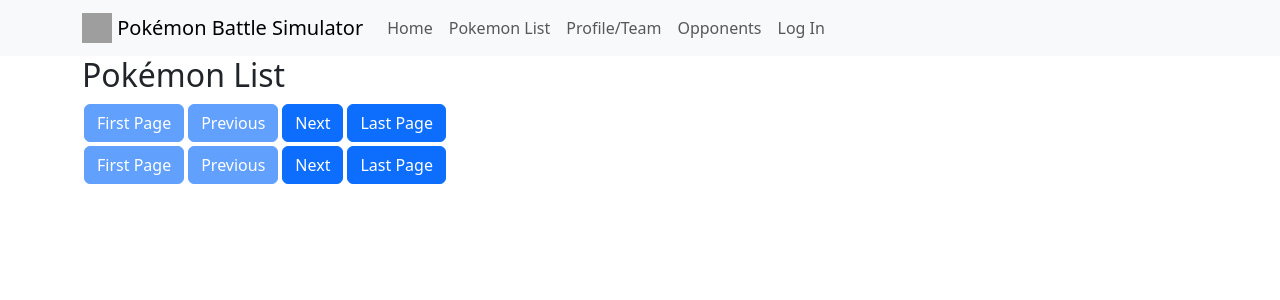
Repository: chsbca/Pokemon-Battle-Simulator
Page: /pokemon_list/ (app in front-end/)
An editor plug-in stored every save of this project. The page is shown before and after the next save, followed by the edit.
The browser window is 1280 px wide. The pictures show the whole page.
Pictures or frames that could not be fetched are drawn as grey boxes. The page's requests for data from a server got no answer. The project was rebuilt for these pictures with package versions that can differ from the ones it lists, and the page was loaded fresh each time. No one was signed in, and anything a server would have sent is missing. Also part of the build but not shown: front-end/vite.config.js, front-end/src/components/ProtectedRoute.jsx, front-end/src/pages/Error404Page.jsx, front-end/src/pages/HomePage.jsx, front-end/src/pages/ProfilePage.jsx, front-end/src/pages/OpponentsPage.jsx, front-end/src/pages/LoginPage.jsx, front-end/src/pages/SignUpPage.jsx and 1 more.

Above is the page before, as saved 2024-04-17 13:00:33.

### front-end/index.html
<!doctype html>
<html lang="en">
  <head>
    <meta charset="UTF-8" />
    <link rel="icon" type="image/svg+xml" href="/vite.svg" />
    <meta name="viewport" content="width=device-width, initial-scale=1.0" />
    <title>Pokemon Battle Simulator!</title>
  </head>
  <body>
    <div id="root"></div>
    <script type="module" src="/src/main.jsx"></script>
  </body>
</html>

### front-end/src/main.jsx
import ReactDOM from "react-dom/client";
import { RouterProvider } from "react-router-dom";
import { UserProvider } from "./components/UserContext"; // Make sure this path is correct
import router from "./router";
import "bootstrap/dist/css/bootstrap.min.css";

ReactDOM.createRoot(document.getElementById('root')).render(
  <UserProvider>
    <RouterProvider router={router}/>
  </UserProvider>
);

### front-end/src/components/UserContext.jsx
import React, { createContext, useContext, useState, useEffect } from 'react';

const UserContext = createContext(null);

export const UserProvider = ({ children }) => {
    const [user, setUser] = useState(() => {
        const savedUser = localStorage.getItem('user');
        console.log('Initializing user from localStorage:', savedUser);
        return savedUser ? JSON.parse(savedUser) : null;
    });

    useEffect(() => {
        console.log('User state updated:', user);
    }, [user]);

    return (
        <UserContext.Provider value={{ user, setUser }}>
            {children}
        </UserContext.Provider>
    );
};

export const useUser = () => useContext(UserContext);

### front-end/src/router.jsx
import { createBrowserRouter } from "react-router-dom";
import ProtectedRoute from "./components/ProtectedRoute.jsx"
import App from "./App.jsx"
import Error404Page from "./pages/Error404Page.jsx";
import HomePage from "./pages/HomePage.jsx"
import PokemonListPage from "./pages/PokemonListPage.jsx";
import ProfilePage from "./pages/ProfilePage.jsx";
import OpponentsPage from "./pages/OpponentsPage.jsx";
import LoginPage from "./pages/LoginPage.jsx";
import SignUpPage from "./pages/SignUpPage.jsx";
import BattlePage from "./pages/BattlePage.jsx";

const router = createBrowserRouter([
    {
        path: "/",
        element: <App/>,
        children: [
            {
                index: true,
                element: <HomePage/>
            },
            {
                path: "/pokemon_list/",
                element: <PokemonListPage/>
            },
            {
                path: "/profile/",
                element: <ProtectedRoute><ProfilePage/></ProtectedRoute>
            },
            {
                path: "/opponents/",
                element: <OpponentsPage/>
            },
            {
                path: "/battle/:opponentEmail",
                element: <BattlePage/>,
            },
            {
                path: "/login/",
                element: <LoginPage/>
            },
            {
                path: "/signup/",
                element: <SignUpPage/>
            }
        ],
        errorElement: <Error404Page/>
    }
])

export default router;

### front-end/src/App.jsx
import { Outlet } from "react-router-dom"
import NavbarComponent from "./components/Navbar"

export default function App() {
  return (
    <>
      <NavbarComponent/>
      <Outlet/>
    </>
  )
}

### front-end/src/pages/PokemonListPage.jsx
import React, { useEffect, useState } from "react";
import axios from 'axios';
import { fetchPokemon } from "../fetching/PokemonFetch";
import 'bootstrap/dist/css/bootstrap.min.css';
import Spinner from 'react-bootstrap/Spinner';
import { capitalizeAndFormat } from "../components/formatUtils";

const PokemonListPage = () => {
    const [pokemonDetails, setPokemonDetails] = useState([]);
    const [isLoading, setIsLoading] = useState(true);
    const [page, setPage] = useState(1);
    const limit = 20; // Number of items per page
    const totalPokemons = 1025; // Total number of Pokémon
    const lastPage = Math.ceil(totalPokemons / limit);

    useEffect(() => {
        const getPokemon = async () => {
            setIsLoading(true);
            const data = await fetchPokemon(page);
            setPokemonDetails(data.pokemon_list || []);
            console.log('Pokemon Details:', data.pokemon_list);
            setIsLoading(false);
        };
        getPokemon();
    }, [page]);

    const handleFirstPage = () => setPage(1);
    const handleNext = () => setPage(prev => (prev < lastPage ? prev + 1 : prev));
    const handlePrevious = () => setPage(prev => (prev > 1 ? prev - 1 : prev));
    const handleLastPage = () => setPage(lastPage);

    if (isLoading) {
        return (
            <>
                <Spinner animation="border" role="status" />
                <div><h1>Loading Pokémon...</h1></div>
            </>
        );
    }

    return (
        <div className="container">
            <h2>Pokémon List</h2>
            <div className="pagination-controls">
                <button onClick={handleFirstPage} disabled={page === 1} className="btn btn-primary" style={{ margin: '2px' }}>First Page</button>
                <button onClick={handlePrevious} disabled={page === 1} className="btn btn-primary" style={{ margin: '2px' }}>Previous</button>
                <button onClick={handleNext} disabled={page >= lastPage} className="btn btn-primary" style={{ margin: '2px' }}>Next</button>
                <button onClick={handleLastPage} disabled={page >= lastPage} className="btn btn-primary" style={{ margin: '2px' }}>Last Page</button>
            </div>
            <div className="row">
                {pokemonDetails.map((pokemon, index) => (
                    <div key={index} className="col-sm-6 col-md-4 col-lg-3 mb-4">
                        <div className="card">
                            {/* <img src={pokemon.sprite} className="card-img-top" alt={pokemon.name} /> */}
                            <div className="card-body">
                                <h5 className="card-title">{capitalizeAndFormat(pokemon.name)}</h5>
                                <p className="card-text">Pokédex #{pokemon.pokedexNumber}</p>
                                <p className="card-text">Type/s: {capitalizeAndFormat(pokemon.types.join(', '))}</p>
                                <p className="card-text">HP: {pokemon.stats.hp}</p>
                                <p className="card-text">Attack: {pokemon.stats.attack}</p>
                                <p className="card-text">Defense: {pokemon.stats.defense}</p>
                                <p className="card-text">Special Attack: {pokemon.stats["special_attack"]}</p>
                                <p className="card-text">Special Defense: {pokemon.stats["special_defense"]}</p>
                                <p className="card-text">Speed: {pokemon.stats.speed}</p>
                            </div>
                        </div>
                    </div>
                ))}
            </div>
            <div className="pagination-controls">
                <button onClick={handleFirstPage} disabled={page === 1} className="btn btn-primary" style={{ margin: '2px' }}>First Page</button>
                <button onClick={handlePrevious} disabled={page === 1} className="btn btn-primary" style={{ margin: '2px' }}>Previous</button>
                <button onClick={handleNext} disabled={page >= lastPage} className="btn btn-primary" style={{ margin: '2px' }}>Next</button>
                <button onClick={handleLastPage} disabled={page >= lastPage} className="btn btn-primary" style={{ margin: '2px' }}>Last Page</button>
            </div>
        </div>
    );
}

export default PokemonListPage;

### front-end/src/components/Navbar.jsx
import React from 'react';
import { Container, Navbar, Nav, Button } from 'react-bootstrap';
import { Link, useNavigate } from "react-router-dom";
import axios from 'axios';
import { useUser } from './UserContext';  // Correct import path based on your file structure

export default function NavbarComponent() {
  const { user, setUser } = useUser(); // Correctly access user and setUser
  const navigate = useNavigate();

  const handleLogout = async () => {
    const token = localStorage.getItem('token');
    console.log('Token being sent:', token); // This should print the actual token, not null or undefined
    try {
      const response = await axios.post('http://localhost:8000/poke_user/logout/', {}, {
        headers: { 'Authorization': `Token ${token}` }
      });
      console.log('Logout successful:', response.data);
      localStorage.removeItem('user');
      localStorage.removeItem('token');
      setUser(null);
      navigate('/');
    } catch (error) {
      console.error('Logout failed:', error);
      alert('Logout failed!');
    }
};

  console.log("Current User in Navbar:", user); // Log the current user state

  return (
    <>
      <Navbar expand="lg" className='bg-body-tertiary'>
        <Container>
          <Navbar.Brand as={Link} to="/">
            <img
              alt=""
              src="/pokeball_icon.svg.png"
              width="30"
              height="30"
              className='d-inline-block align-top'
            />{' '}
            Pokémon Battle Simulator
          </Navbar.Brand>
          <Navbar.Toggle aria-controls='basic-navbar-nav'/>
          <Navbar.Collapse id='basic-navbar-nav'>
            <Nav className="me-auto">
              <Nav.Link as={Link} to="/">Home</Nav.Link>
              <Nav.Link as={Link} to="pokemon_list/">Pokemon List</Nav.Link>
              <Nav.Link as={Link} to="profile/">Profile/Team</Nav.Link>
              <Nav.Link as={Link} to="opponents/">Opponents</Nav.Link>
              {!user ? (
                <Nav.Link as={Link} to="/login/">Log In</Nav.Link>
              ) : (
                <Button onClick={handleLogout} variant="outline-danger">Log Out</Button>
              )}
            </Nav>
          </Navbar.Collapse>
        </Container>
      </Navbar>
    </>
  );
}

### front-end/src/fetching/PokemonFetch.jsx
import axios from 'axios'

export const fetchPokemon = async (page = 1) => {
    try {
        const url = `http://localhost:8000/api/pokemon/?page=${page}`;
        const response = await axios.get(url);
        console.log('Raw API Data:', response.data)
        return {
            pokemon_list: response.data.results,
            nextPage: response.data.next,
            previousPage: response.data.previous,
        };
    } catch (error) {
        console.error("error fetching pokemon:", error);
        return {
            pokemon_list: [],
            nextPage: null,
            previousPage: null,
        };
    }
};

### front-end/src/components/formatUtils.js
export const capitalizeAndFormat = (text) => {
    if (!text) return '';  // Return an empty string if text is not provided
    return text
        .replace(/-/g, ' ')  // Replace all hyphens with spaces
        .split(' ')  // Split the string at each space
        .map(part => part.charAt(0).toUpperCase() + part.slice(1).toLowerCase())  // Capitalize the first letter of each part and make sure the rest are lowercase
        .join(' ');  // Join the parts back together with spaces
};

After the next save:
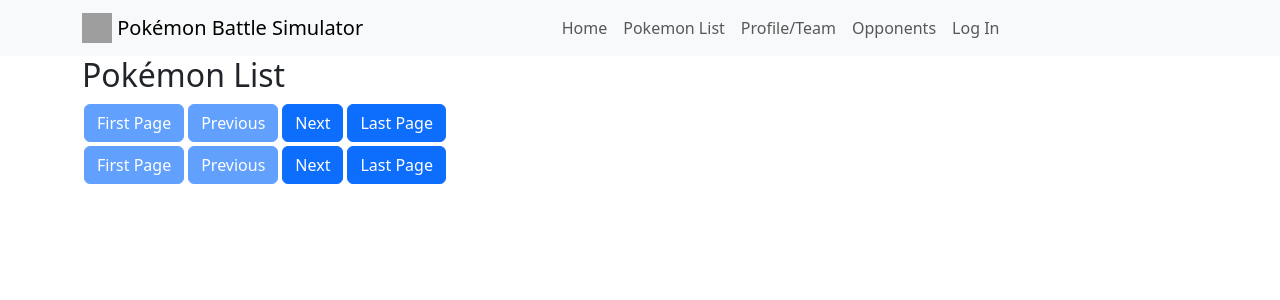
Saved 65 s later.
--- a/front-end/src/components/Navbar.jsx
+++ b/front-end/src/components/Navbar.jsx
@@ -30,9 +30,9 @@
 
   return (
     <>
-      <Navbar expand="lg" className='bg-body-tertiary'>
+      <Navbar expand="lg" className='bg-body-tertiary' style={{ justifyContent: 'center' }}>
         <Container>
-          <Navbar.Brand as={Link} to="/">
+          <Navbar.Brand as={Link} to="/" style={{ marginRight: 'auto', marginLeft: 'auto' }}>
             <img
               alt=""
               src="/pokeball_icon.svg.png"
@@ -43,8 +43,8 @@
             Pokémon Battle Simulator
           </Navbar.Brand>
           <Navbar.Toggle aria-controls='basic-navbar-nav'/>
-          <Navbar.Collapse id='basic-navbar-nav'>
-            <Nav className="me-auto">
+          <Navbar.Collapse id='basic-navbar-nav' style={{ justifyContent: 'center' }}>
+            <Nav className="me-auto" style={{ flex: 1, justifyContent: 'center' }}>
               <Nav.Link as={Link} to="/">Home</Nav.Link>
               <Nav.Link as={Link} to="pokemon_list/">Pokemon List</Nav.Link>
               <Nav.Link as={Link} to="profile/">Profile/Team</Nav.Link>
@@ -52,7 +52,7 @@
               {!user ? (
                 <Nav.Link as={Link} to="/login/">Log In</Nav.Link>
               ) : (
-                <Button onClick={handleLogout} variant="outline-danger">Log Out</Button>
+                <Button onClick={handleLogout} variant="outline-danger" style={{ marginLeft: 'auto' }}>Log Out</Button>
               )}
             </Nav>
           </Navbar.Collapse>
